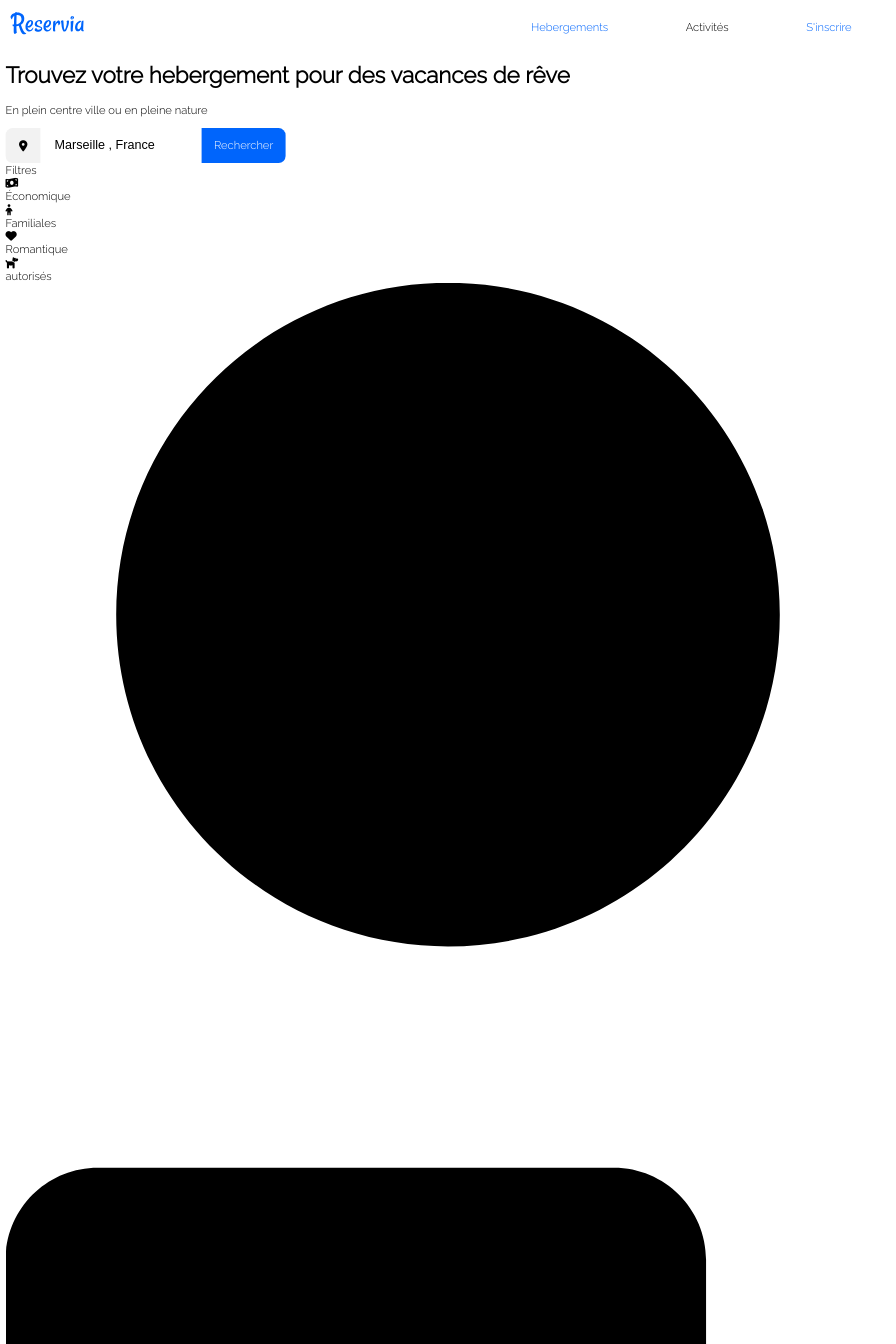
Repository: jaydeeonghub/DYLANBARBARISI_2_16062021
Page: index.html
These files come from the project's save history. The page is drawn as it stood at one moment and after the next save; the edit follows.
The browser window is 1280 px wide. The pictures show the part of the page from y = 0 to 1920 px (the page is 61289 px tall before and 61329 px after), at 70% of full size.
Some web libraries are served in a nearby version.

Above is the page before, as saved 2021-07-07 14:32:49.

After the next save:
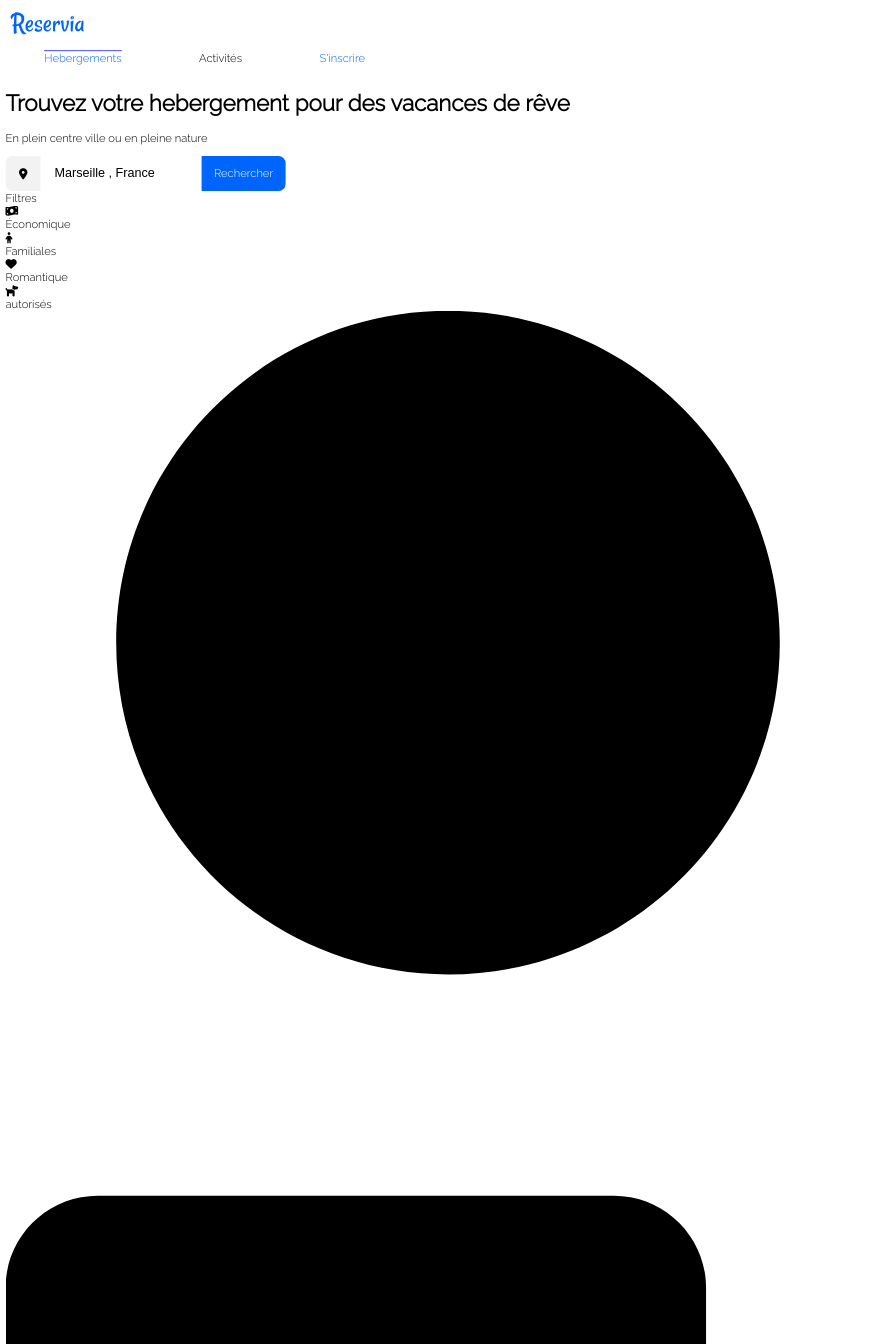
Saved 117 s later.
--- a/index.html
+++ b/index.html
@@ -12,8 +12,8 @@
     <title>Reservia</title>
 </head>
 <body>
-    <header>
-    <div class="Barre_de_navigation"> <!--Barre de navigation-->
+    <header class="sizeNav"
+    <div class="Barre_de_navigation flexBetween"> <!--Barre de navigation-->
         <img
              class="marglogo"
              src="Assets/Logo/Reservia@3x.png"
@@ -23,6 +23,7 @@
              height="50px"
         />
 <nav class="LiensNav flexAround">
+        <div class="sizeLien flexCentre bordureNav"
         <div><a class="colorBleu decorationNone" href="#Hebergements">Hebergements</a></div>
         <div><a class="LiensColor2 decorationNone" href="#Activités">Activités</a></div>
         <div><a class="colorBleu decorationNone" href="#S'inscrire">S'inscrire</a></div>

After the save that followed:
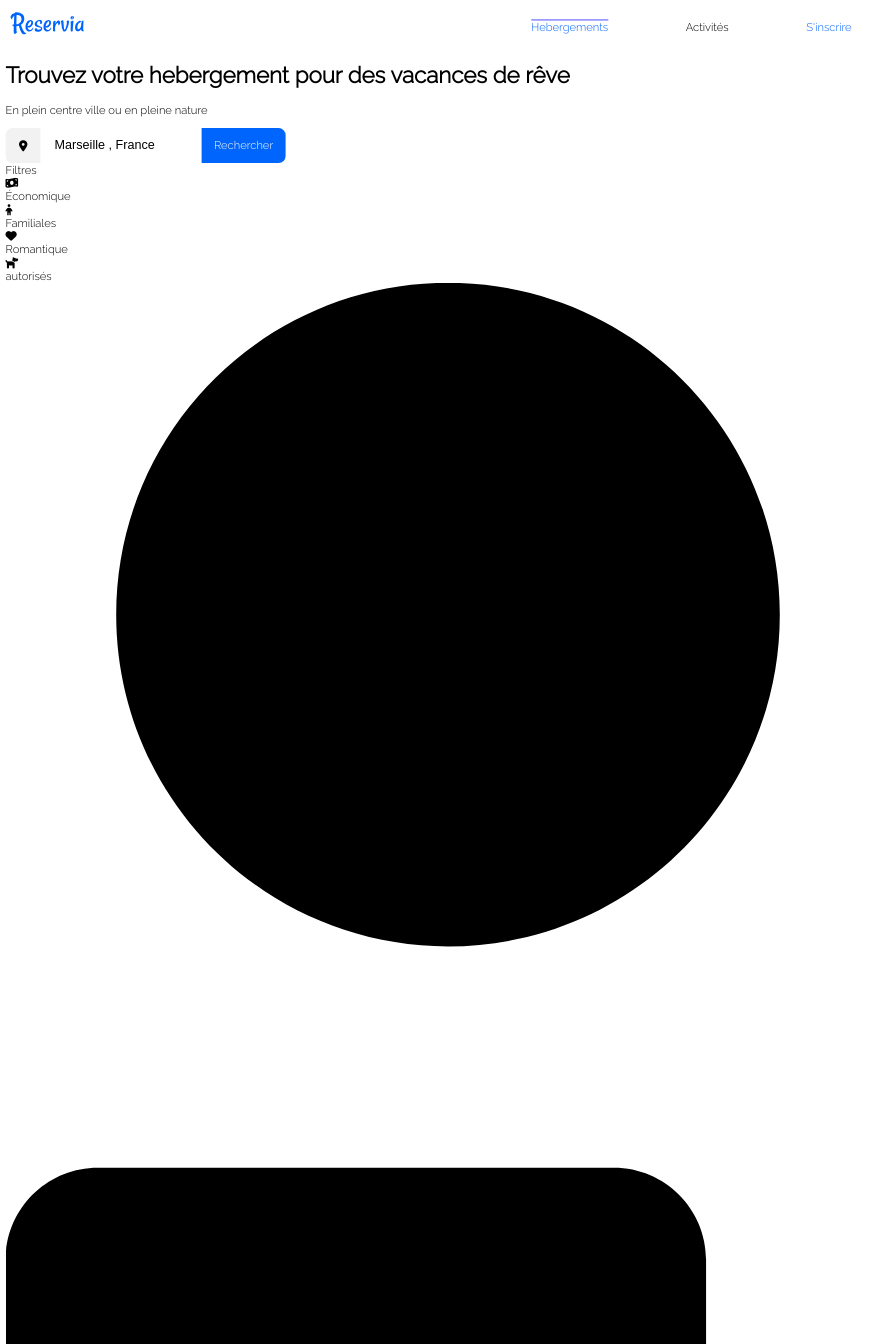
Saved 69 s later.
--- a/index.html
+++ b/index.html
@@ -12,8 +12,8 @@
     <title>Reservia</title>
 </head>
 <body>
-    <header class="sizeNav"
-    <div class="Barre_de_navigation flexBetween"> <!--Barre de navigation-->
+    <header>
+    <div class="Barre_de_navigation"> <!--Barre de navigation-->
         <img
              class="marglogo"
              src="Assets/Logo/Reservia@3x.png"
